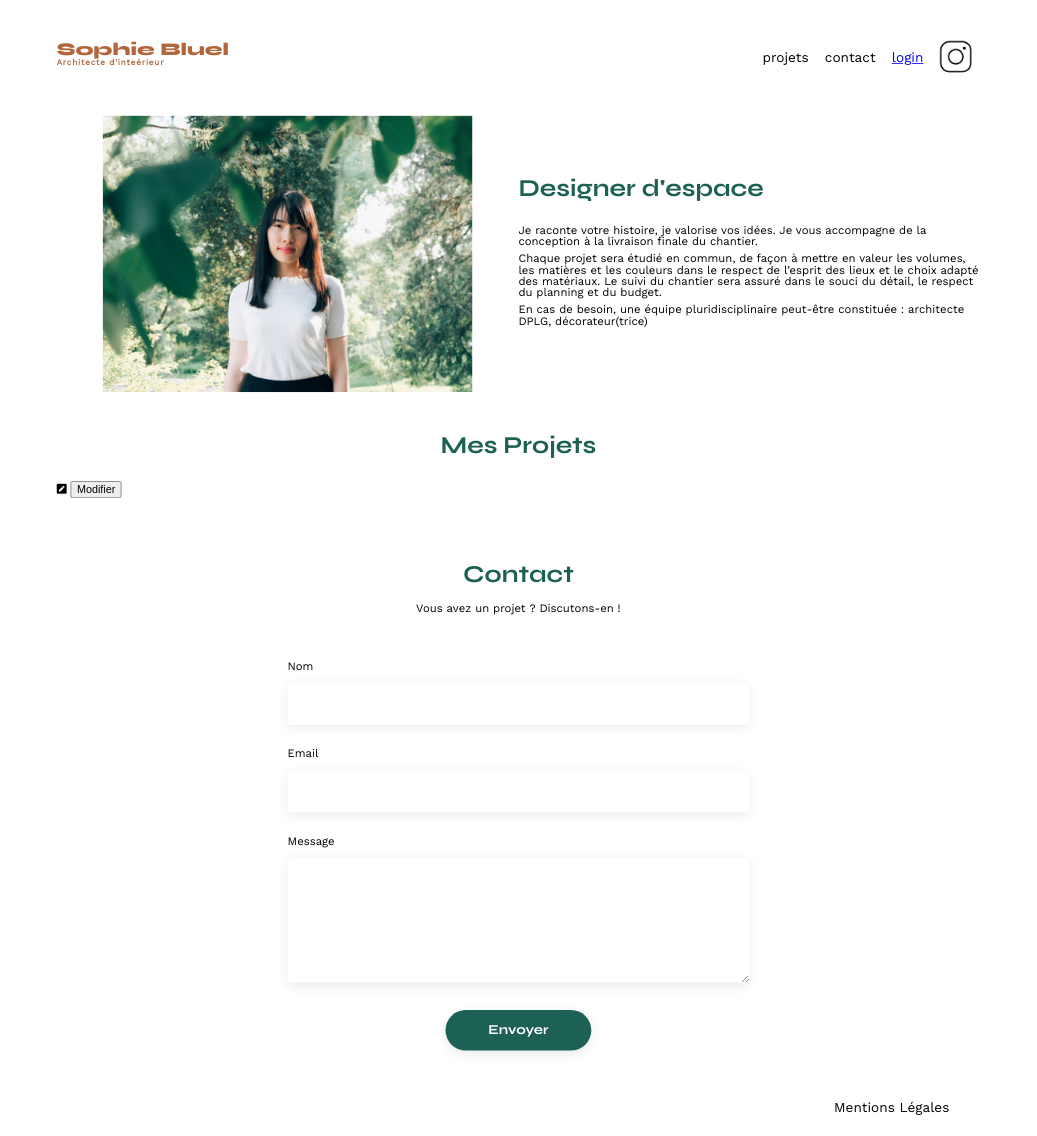
Repository: ByteVoyageur/OC-P6
Page: FrontEnd/index.html
The author's editor kept a copy of each file at every save. The page is drawn from the files as they stood at one save, then again after the next save.
The browser window is 1280 px wide. The pictures show the whole page, at 81% of full size.
The page's requests for data from a server got no answer.

Above is the page before, as saved 2023-10-18 20:28:22.
Console error: TypeError: Cannot read properties of null (reading 'addEventListener')

### FrontEnd/index.html
<!DOCTYPE html>
<html lang="fr">

<head>
	<meta charset="UTF-8">
	<title>Sophie Bluel - Architecte d'intérieur</title>
	<meta name="viewport" content="width=device-width, initial-scale=1.0">
	<link rel="preconnect" href="https://fonts.googleapis.com">
	<link rel="preconnect" href="https://fonts.gstatic.com" crossorigin>
	<link href="https://fonts.googleapis.com/css2?family=Syne:wght@700;800&family=Work+Sans&display=swap"
		rel="stylesheet">
	<link rel="stylesheet" href="https://cdnjs.cloudflare.com/ajax/libs/font-awesome/5.15.4/css/all.min.css">

	<meta name="description" content="">
	<link rel="stylesheet" href="/FrontEnd/assets/css/style.css">
	<script src="./assets/js/gallery.js" defer></script>
	<script src="./assets/js/login.js" defer></script>
</head>

<body>
	<header>
		<h1>Sophie Bluel <span>Architecte d'inteérieur</span></h1>
		<nav>
			<ul>
				<li>projets</li>
				<li>contact</li>
				<li><a href="login.html">login</a></li>

				<li><img src="./assets/icons/instagram.png" alt="Instagram"></li>
			</ul>
		</nav>
	</header>
	<main>
		<section id="introduction">
			<figure>
				<img src="./assets/images/sophie-bluel.png" alt="">
			</figure>
			<article>
				<h2>Designer d'espace</h2>
				<p>Je raconte votre histoire, je valorise vos idées. Je vous accompagne de la conception à la livraison
					finale du chantier.</p>
				<p>Chaque projet sera étudié en commun, de façon à mettre en valeur les volumes, les matières et les
					couleurs dans le respect de l’esprit des lieux et le choix adapté des matériaux. Le suivi du
					chantier sera assuré dans le souci du détail, le respect du planning et du budget.</p>
				<p>En cas de besoin, une équipe pluridisciplinaire peut-être constituée : architecte DPLG,
					décorateur(trice)</p>
			</article>
		</section>
		<section id="portfolio">
			<div id="portfolio-header">
				<h2>Mes Projets</h2>
				<i class="fas fa-pen-square"></i>
				<button id="editGalleryButton">Modifier</button>
			</div>

			<div id="category-buttons">
			</div>
			<div class="gallery">
			</div>
		</section>
		<section id="contact">
			<h2>Contact</h2>
			<p>Vous avez un projet ? Discutons-en !</p>
			<form action="#" method="post">
				<label for="name">Nom</label>
				<input type="text" name="name" id="name">
				<label for="email">Email</label>
				<input type="email" name="email" id="email">
				<label for="message">Message</label>
				<textarea name="message" id="message" cols="30" rows="10"></textarea>
				<input type="submit" value="Envoyer">
			</form>
		</section>
	</main>

	<footer>
		<nav>
			<ul>
				<li>Mentions Légales</li>
			</ul>
		</nav>
	</footer>
</body>

</html>

### FrontEnd/assets/css/style.css
/* http://meyerweb.com/eric/tools/css/reset/
   v2.0 | 20110126
   License: none (public domain)
*/

html,
body,
div,
span,
applet,
object,
iframe,
h1,
h2,
h3,
h4,
h5,
h6,
p,
blockquote,
pre,
a,
abbr,
acronym,
address,
big,
cite,
code,
del,
dfn,
em,
img,
ins,
kbd,
q,
s,
samp,
small,
strike,
strong,
sub,
sup,
tt,
var,
b,
u,
i,
center,
dl,
dt,
dd,
ol,
ul,
li,
fieldset,
form,
label,
legend,
table,
caption,
tbody,
tfoot,
thead,
tr,
th,
td,
article,
aside,
canvas,
details,
embed,
figure,
figcaption,
footer,
header,
hgroup,
menu,
nav,
output,
ruby,
section,
summary,
time,
mark,
audio,
video {
  margin: 0;
  padding: 0;
  border: 0;
  font-size: 100%;
  font: inherit;
  vertical-align: baseline;
}
/* HTML5 display-role reset for older browsers */
article,
aside,
details,
figcaption,
figure,
footer,
header,
hgroup,
menu,
nav,
section {
  display: block;
}
body {
  line-height: 1;
}
ol,
ul {
  list-style: none;
}
blockquote,
q {
  quotes: none;
}
blockquote:before,
blockquote:after,
q:before,
q:after {
  content: '';
  content: none;
}
table {
  border-collapse: collapse;
  border-spacing: 0;
}
/** end reset css**/
body {
  max-width: 1140px;
  margin: auto;
  font-family: 'Work Sans';
  font-size: 14px;
}
header {
  display: flex;
  justify-content: space-between;
  margin: 50px 0;
}
section {
  margin: 50px 0;
}

h1 {
  display: flex;
  flex-direction: column;
  font-family: 'Syne';
  font-size: 22px;
  font-weight: 800;
  color: #b1663c;
}

h1 > span {
  font-family: 'Work Sans';
  font-size: 10px;
  letter-spacing: 0.1em;
}

h2 {
  font-family: 'Syne';
  font-weight: 700;
  font-size: 30px;
  color: #1d6154;
}
nav ul {
  display: flex;
  align-items: center;
  list-style-type: none;
}
nav li {
  padding: 0 10px;
  font-size: 1.2em;
}

li:hover {
  color: #b1663c;
}
#introduction {
  display: flex;
  align-items: center;
}
#introduction figure {
  flex: 1;
}
#introduction img {
  display: block;
  margin: auto;
  width: 80%;
}

#introduction article {
  flex: 1;
}
#introduction h2 {
  margin-bottom: 1em;
}

#introduction p {
  margin-bottom: 0.5em;
}

#portfolio h2 {
  text-align: center;
  margin-bottom: 1em;
}

#category-buttons {
  display: flex;
  justify-content: center;
  margin-bottom: 2em;
  gap: 15px;
}

#category-buttons button {
  padding: 10px 20px;
  border: 1px solid #1d6154;
  border-radius: 20px;
  background-color: transparent;
  cursor: pointer;
  transition: background-color 0.3s ease;
  color: #1d6154;
}

#category-buttons button:hover {
  background-color: #1d6154;
  color: white;
}

#category-buttons button.active {
  background-color: #1d6154;
  color: white;
}

.gallery {
  width: 100%;
  display: grid;
  grid-template-columns: 1fr 1fr 1fr;
  grid-column-gap: 20px;
  grid-row-gap: 20px;
}

.gallery img {
  width: 100%;
}

#contact {
  width: 50%;
  margin: auto;
}

#contact > * {
  text-align: center;
}

#contact h2 {
  margin-bottom: 20px;
}

#contact form {
  text-align: left;
  margin-top: 30px;
  display: flex;
  flex-direction: column;
}

#contact input,
#contact textarea {
  border: none;
  box-shadow: 0px 4px 14px rgba(0, 0, 0, 0.09);
}

#contact input {
  height: 50px;
  font-size: 1.2em;
}

#contact label {
  margin: 2em 0 1em 0;
}

input[type='submit'] {
  font-family: 'Syne';
  font-weight: 700;
  color: white;
  background-color: #1d6154;
  margin: 2em auto;
  width: 180px;
  text-align: center;
  border-radius: 60px;
}

footer nav ul {
  display: flex;
  justify-content: flex-end;
  margin: 2em;
}

### FrontEnd/assets/js/gallery.js
document.addEventListener('DOMContentLoaded', function () {
  let categoryMap = {}
  const categoryButtonsDiv = document.getElementById('category-buttons')
  const apiEndpoint = 'http://localhost:5678/api/works'
  let data

  // Fetch category data from the API and dynamically create category buttons
  fetch('http://localhost:5678/api/categories')
    .then((response) => response.json())
    .then((categories) => {
      categoryMap['tous'] = null // Add the "Tous" category
      categories.forEach((category) => {
        categoryMap[category.name.toLowerCase()] = category.id
      })

      // Add "Tous" category to the beginning of the categories list
      categories.unshift({ name: 'Tous' })

      categories.forEach((category) => {
        let button = document.createElement('button')
        button.textContent = category.name
        button.setAttribute('data-category', category.name.toLowerCase())
        categoryButtonsDiv.appendChild(button)
      })

      // Fetch the works data
      return fetch(apiEndpoint)
    })
    .then((response) => response.json())
    .then((fetchedData) => {
      data = fetchedData
      displayData(data)

      const buttons = document.querySelectorAll('#category-buttons button')
      buttons.forEach((button) => {
        button.addEventListener('click', () => {
          const category = button.getAttribute('data-category')
          const filtered =
            category === 'tous'
              ? data
              : data.filter((item) => item.categoryId === categoryMap[category])
          displayData(filtered)
        })
      })
    })
    .catch((error) => {
      console.error('Error fetching data:', error)
    })

  function displayData(filteredData) {
    const galleryDiv = document.querySelector('.gallery')
    galleryDiv.innerHTML = ''
    filteredData.forEach((item) => {
      let figure = document.createElement('figure')

      let img = document.createElement('img')
      img.src = item.imageUrl
      img.alt = item.title

      let figcaption = document.createElement('figcaption')
      figcaption.textContent = item.title

      figure.appendChild(img)
      figure.appendChild(figcaption)

      galleryDiv.appendChild(figure)
    })
  }
})

### FrontEnd/assets/js/login.js
document.addEventListener('DOMContentLoaded', function () {
  const loginForm = document.getElementById('login-page-form')

  loginForm.addEventListener('submit', function (event) {
    // Prevent the default form submission behavior
    event.preventDefault()

    // Get user input values
    const email = document.getElementById('user-email').value
    const password = document.getElementById('user-password').value

    // Construct the request payload
    const requestData = {
      email: email,
      password: password,
    }

    // Make the API call to login the user
    fetch('http://localhost:5678/api/users/login', {
      method: 'POST',
      headers: {
        'Content-Type': 'application/json',
        Accept: 'application/json',
      },
      body: JSON.stringify(requestData),
    })
      .then((response) => response.json())
      .then((data) => {
        if (data.token) {
          console.log('Logged in successfully', data.token)
          localStorage.setItem('token', data.token)
          window.location.href = 'index.html'
        } else {
          console.error('Login error', data)
          alert(
            data.message || "Une erreur s'est produite lors de la connexion."
          )
        }
      })
      .catch((error) => {
        // Handle any other errors
        console.error('Error during login', error)
      })
  })

  const forgotPasswordLink = document.getElementById('forgot-password-link')
  forgotPasswordLink.addEventListener('click', function () {
    console.log('Forgot password link clicked')
  })
})

After the next save:
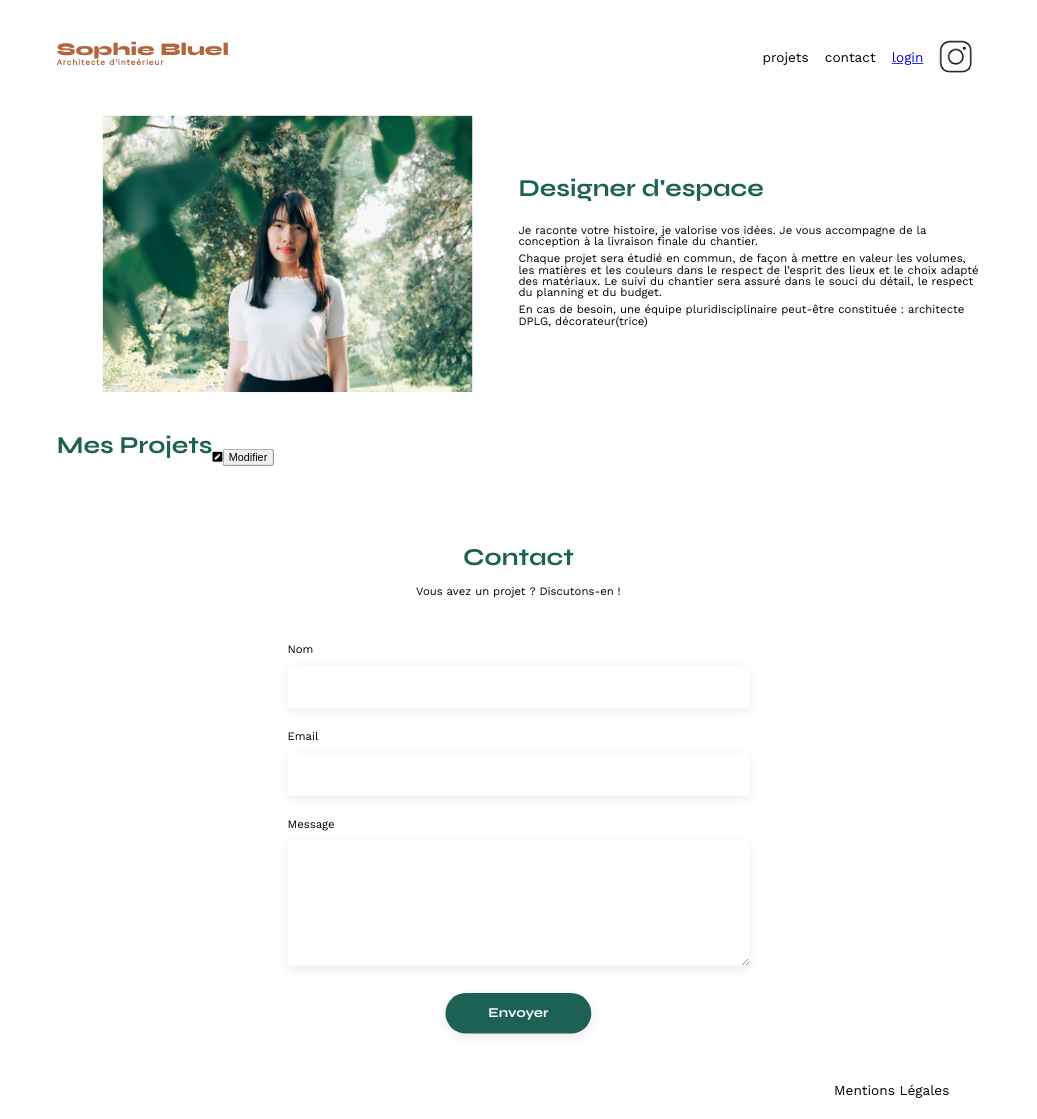
Saved 35 s later.
--- a/FrontEnd/assets/css/style.css
+++ b/FrontEnd/assets/css/style.css
@@ -200,7 +200,10 @@ li:hover {
 #introduction p {
   margin-bottom: 0.5em;
 }
-
+#portfolio-header {
+  display: flex;
+  align-items: center;
+}
 #portfolio h2 {
   text-align: center;
   margin-bottom: 1em;
